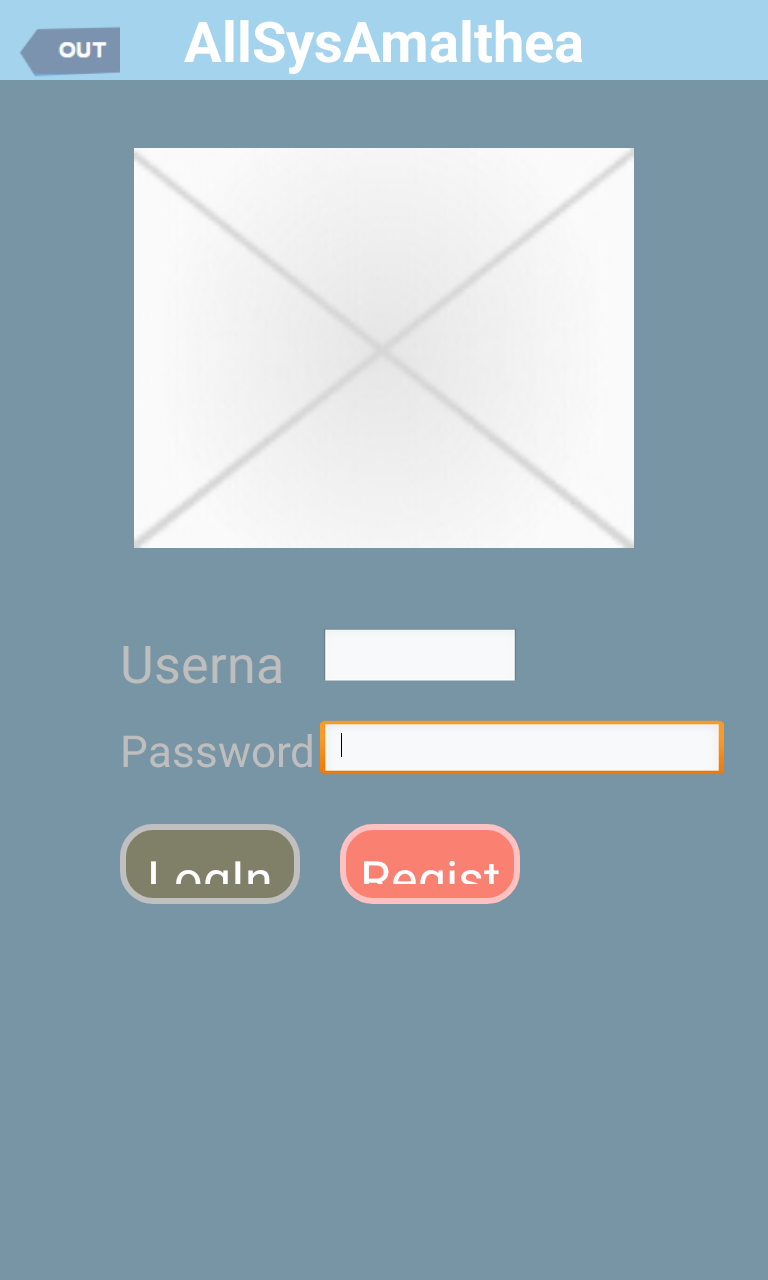
Repository: AllSysAmalthea/AllSys
Layout: APP/AppUI code/代码/Allsys/res/layout/activity_log_in.xml
An editor plug-in stored every save of this project. The layout is shown before and after a run of saves, followed by the edit.
It is drawn on a 768 x 1280 px phone screen (xhdpi) without system bars, with theme android:Theme.NoTitleBar; the app's code is not run.

Above is the layout before, as saved 2015-06-08 02:33:56.

### APP/AppUI code/代码/Allsys/res/layout/activity_log_in.xml
<RelativeLayout xmlns:android="http://schemas.android.com/apk/res/android"
    xmlns:tools="http://schemas.android.com/tools"
    android:layout_width="match_parent"
    android:layout_height="wrap_content"
    android:layout_gravity="center_horizontal"
    android:background="@drawable/back"
    android:gravity="top"
    tools:context=".LogInActivity" >

    <AbsoluteLayout
        android:id="@+id/linearLayout1"
        android:layout_width="fill_parent"
        android:layout_height="wrap_content"
        android:orientation="horizontal" >

        <TextView
            android:id="@+id/header_text"
            android:layout_width="fill_parent"
            android:layout_height="80px"
            android:layout_x="0px"
        	android:layout_y="0px"
            android:gravity="center"
            android:singleLine="true"
            android:text="AllSysAmalthea"
            android:background="#A4D3EE"
            android:textColor="#ffffff"
            android:textSize="28sp"
            android:textStyle="bold" />

        <ImageButton
            android:id="@+id/header_left_btn"
            android:layout_width="100px"
            android:layout_height="80px"
            android:layout_x="10dp"
            android:layout_y="4dp"
            android:background="@drawable/pic1" />

    </AbsoluteLayout>

    <TextView
        android:id="@+id/textView1"
        android:layout_width="200px"
        android:layout_height="60px"
        android:layout_alignParentLeft="true"
        android:layout_below="@+id/myImageView1"
        android:layout_marginLeft="60dp"
        android:layout_marginTop="40dp"
        android:text="Username"
        android:textSize="26sp" />

    <EditText
        android:id="@+id/Username"
        android:layout_width="200px"
        android:layout_height="60px"
        android:layout_above="@+id/textView2"
        android:layout_toRightOf="@+id/textView1"
        android:ems="10"
        android:inputType="textPersonName"
        android:textSize="22sp" />

    <TextView
        android:id="@+id/textView2"
        android:layout_width="200px"
        android:layout_height="60px"
        android:layout_alignLeft="@+id/textView1"
        android:layout_below="@+id/textView1"
        android:layout_marginTop="16dp"
        android:text="Password"
        android:textSize="22sp" />

    <EditText
        android:id="@+id/Password"
        android:layout_width="200px"
        android:layout_height="60px"
        android:layout_alignParentRight="true"
        android:layout_alignTop="@+id/textView2"
        android:layout_marginRight="22dp"
        android:layout_toRightOf="@+id/textView2"
        android:ems="10"
        android:inputType="textPassword"
        android:textSize="22sp" >

        <requestFocus />
    </EditText>

    <Button
        android:id="@+id/Login"
        android:layout_width="180px"
        android:layout_height="80px"
        android:layout_alignLeft="@+id/textView2"
        android:layout_below="@+id/textView2"
        android:layout_marginTop="22dp"
        android:background="@drawable/shape"
        android:text="LogIn"
        android:textColor="#ffffff"
        android:textSize="25sp" />

    <Button
        android:id="@+id/Register"
        android:layout_width="180px"
        android:layout_height="80px"
        android:layout_alignBaseline="@+id/Login"
        android:layout_alignBottom="@+id/Login"
        android:layout_alignRight="@+id/Username"
        android:background="@drawable/shape2"
        android:text="Register"
        android:textColor="#ffffff"
        android:textSize="25sp" />

    <ImageView
        android:id="@+id/myImageView1"
        android:layout_width="500px"
        android:layout_height="400px"
        android:layout_below="@+id/linearLayout1"
        android:layout_centerHorizontal="true"
        android:layout_marginTop="30dp"
        android:background="@drawable/news" />

</RelativeLayout>

### APP/AppUI code/代码/Allsys/res/drawable-mdpi/shape.xml
<?xml version="1.0" encoding="utf-8"?>
<shape xmlns:android="http://schemas.android.com/apk/res/android"
    android:shape="rectangle" >

    <!-- 填充的颜色：这里设置背景透明 -->
    <solid android:color="#808069" />
    <!-- 边框的颜色 ：不能和窗口背景色一样-->
    <stroke
        android:width="3dp"
        android:color="#C0C0C0" />
    <!-- 设置按钮的四个角为弧形 -->
    <!-- android:radius 弧形的半径 -->
    <corners android:radius="15dip" />

    <!-- padding：Button里面的文字与Button边界的间隔 -->
    <padding
        android:bottom="10dp"
        android:left="10dp"
        android:right="10dp"
        android:top="10dp" />

</shape>

### APP/AppUI code/代码/Allsys/res/drawable-mdpi/shape2.xml
<?xml version="1.0" encoding="utf-8"?>
<shape xmlns:android="http://schemas.android.com/apk/res/android"
    android:shape="rectangle" >

    <!-- 填充的颜色：这里设置背景透明 -->
    <solid android:color="#fa8072" />
    <!-- 边框的颜色 ：不能和窗口背景色一样-->
    <stroke
        android:width="3dp"
        android:color="#FFC1C1" />
    <!-- 设置按钮的四个角为弧形 -->
    <!-- android:radius 弧形的半径 -->
    <corners android:radius="15dip" />

    <!-- padding：Button里面的文字与Button边界的间隔 -->
    <padding
        android:bottom="10dp"
        android:left="10dp"
        android:right="10dp"
        android:top="10dp" />

</shape>

After the next 2 saves:
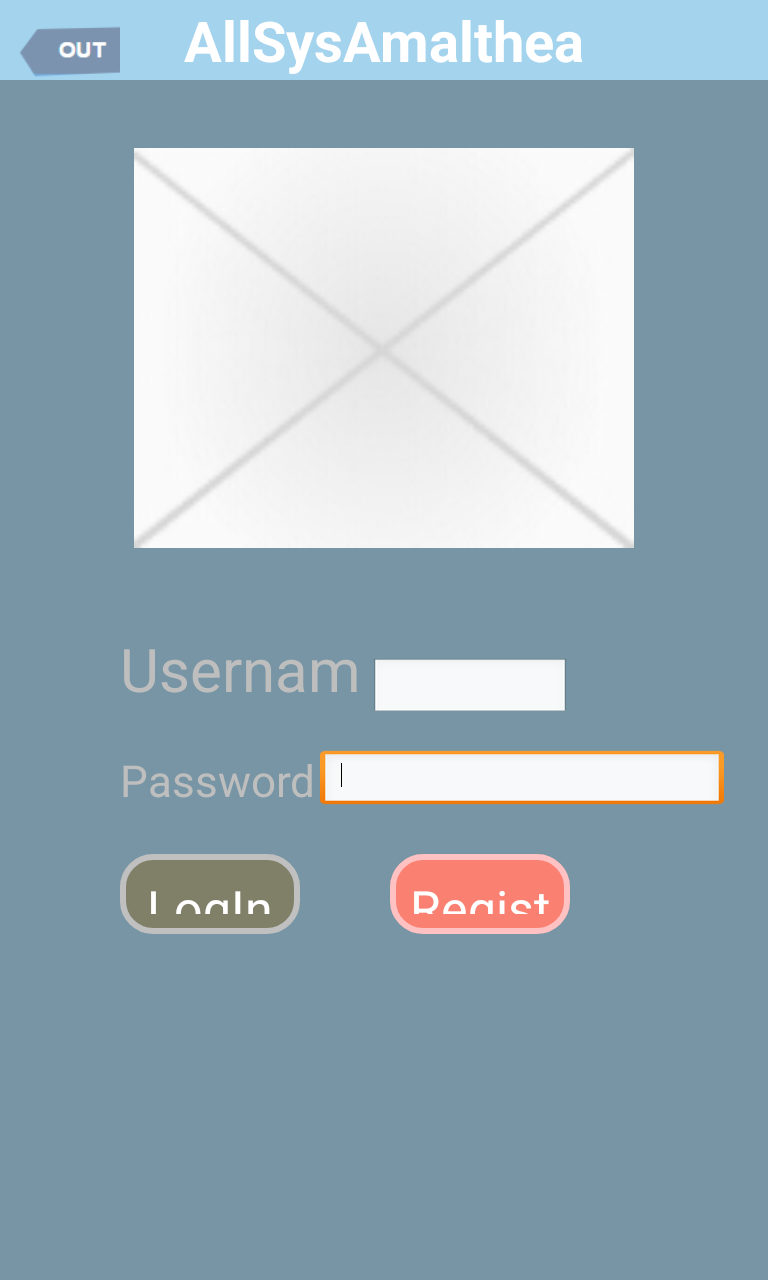
The 2 saves are shown as one change because they came seconds apart.
The last was saved 37 s later.
--- a/APP/AppUI code/代码/Allsys/res/layout/activity_log_in.xml
+++ b/APP/AppUI code/代码/Allsys/res/layout/activity_log_in.xml
@@ -39,14 +39,14 @@
 
     <TextView
         android:id="@+id/textView1"
-        android:layout_width="200px"
-        android:layout_height="60px"
+        android:layout_width="250px"
+        android:layout_height="90px"
         android:layout_alignParentLeft="true"
         android:layout_below="@+id/myImageView1"
         android:layout_marginLeft="60dp"
         android:layout_marginTop="40dp"
         android:text="Username"
-        android:textSize="26sp" />
+        android:textSize="30sp" />
 
     <EditText
         android:id="@+id/Username"
